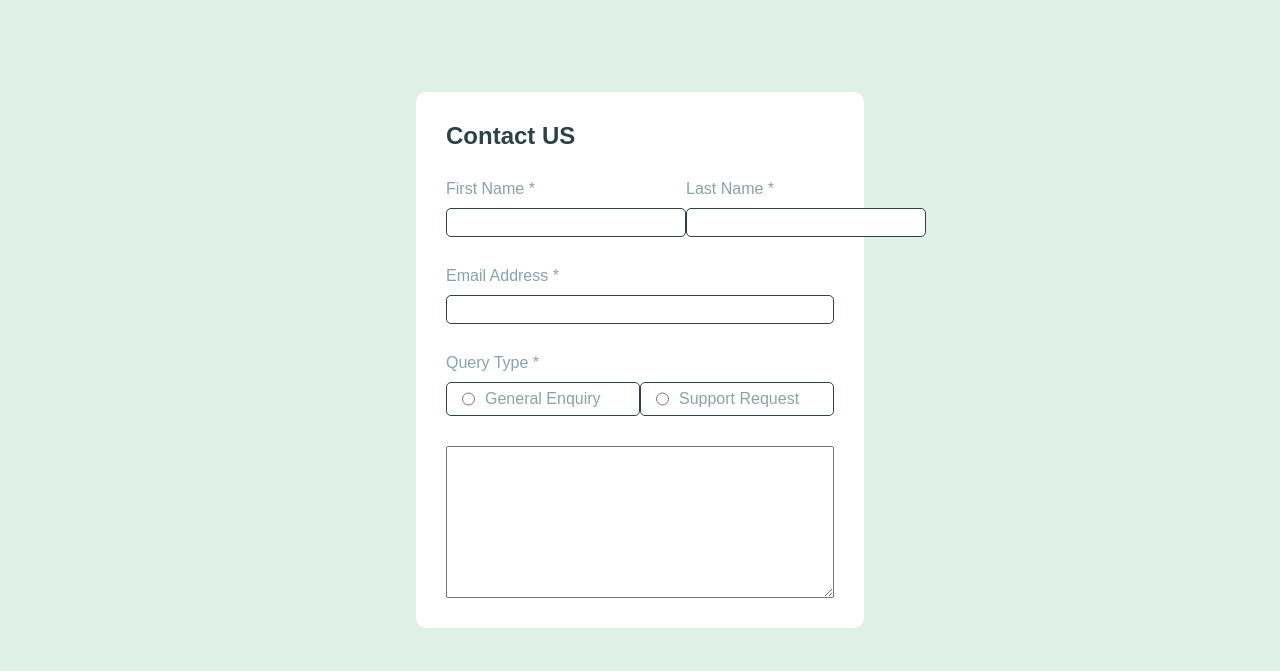
Repository: KamoliddinGIT/contact-form-in-PHP
Page: http://localhost/
These files come from the project's save history. The page is drawn as it stood at one moment and after a run of saves; the edit follows.
The browser window is 1280 px wide. The pictures show the whole page.
The page is run by PHP 8.4 with error messages shown; the project is at /var/www/html/.

Above is the page before, as saved 2024-08-19 10:15:14.

### index.php
<?php
if ($_SERVER["REQUEST_METHOD"] == "POST") {
    $name = htmlspecialchars($_POST['name']);
    $email = htmlspecialchars($_POST['email']);
    $message = htmlspecialchars($_POST['message']);

    // You can add code here to save the data to a database or send it via email
    echo "<script>alert('Thank you, $name. Your message has been received!');</script>";
}
?>

<!doctype html>
<html lang="en">
<head>
    <meta charset="UTF-8">
    <meta name="viewport"
          content="width=device-width, user-scalable=no, initial-scale=1.0, maximum-scale=1.0, minimum-scale=1.0">
    <meta http-equiv="X-UA-Compatible" content="ie=edge">
    <link rel="stylesheet" href="style.css">
    <title>Form in PHP</title>
</head>
<body>

    <div class="container">
        <form>
            <h2>Contact US</h2>
            <div class="personal_details">
                <div class="name">
                    <span>First Name *</span>
                    <input type="text" class="name">
                </div>
                <div class="surname">
                    <span>Last Name *</span>
                    <input type="text" class="surname">
                </div>
            </div>
            <div class="email_address">
                <span>Email Address *</span>
                <input type="email" class="email">
            </div>
            <div class="query">
                <span>Query Type *</span>
               <div class="query_items">
                   <div class="general">
                       <input type="radio" id="general" value="General Enquiry">
                       <label for="general">General Enquiry</label><br>
                   </div>
                   <div class="support">
                       <input type="radio" id="support" value="Support Request">
                       <label for="support">Support Request</label><br>
                   </div>
               </div>
            </div>

            <textarea id  cols="30" rows="10"></textarea>
        </form>
    </div>
</body>
</html>

### style.css
* {
    margin: 0;
    padding: 0;
    box-sizing: border-box;
}

.container {
    width: 100%;
    height: 100vh;
    display: flex;
    justify-content: center;
    align-items: center;
    background: hsl(148, 38%, 91%);
}

form {
    display: flex;
    justify-content: center;
    padding: 30px;
    border-radius: 10px;
    flex-direction: column;
    gap: 30px;
    background: #fff;
    width: 35%;
    min-height: 70%;
    font-family: 'Karla', sans-serif;
    color: hsl(186, 15%, 59%);
}

form h2 {
    color: hsl(187, 24%, 22%);
    font-family: 'Karla', sans-serif;
}

.personal_details {
    display: flex;
    justify-content: space-between;
}

.name {
    display: flex;
    flex-direction: column;
    gap: 10px;
}

.surname {
    display: flex;
    flex-direction: column;
    gap: 10px;
}

.name input {
    width: 240px;
    padding: 6px;
    border-radius: 5px;
    outline: none;
    border: 1px solid hsl(187, 24%, 22%);
}
.surname input {
    width: 240px;
    padding: 6px;
    border-radius: 5px;
    outline: none;
    border: 1px solid hsl(187, 24%, 22%);
}

.email_address {
    display: flex;
    flex-direction: column;
    gap: 10px;
}

.email {
    padding: 6px;
    border-radius: 5px;
    outline: none;
    border: 1px solid hsl(187, 24%, 22%);
}

.query {
    display: flex;
    justify-content: space-between;
    flex-direction: column;
    gap: 10px;
}

.general {
    display: flex;
    border: 1px solid hsl(187, 24%, 22%);
    padding: 7px;
    width: 240px;
    border-radius: 5px;
    gap: 10px;
    padding-left: 15px;
}

.support {
    display: flex;
    border: 1px solid hsl(187, 24%, 22%);
    padding: 7px;
    width: 240px;
    border-radius: 5px;
    gap: 10px;
    padding-left: 15px;
}

.query_items {
    display: flex;
    justify-content: space-between;
}

.message {
    display: flex;
    flex-direction: column;
    gap: 10px;
}

#message {
    border-radius: 5px;
    border: 1px solid hsl(187, 24%, 22%);
    padding-left: 7px;
    padding-top: 7px;
}

.checking {
    display: flex;
    align-items: center;
    gap: 10px;
    font-size: 16px;
}

.submit_btn {
    width: 100%;
    color: white;
    text-decoration: none;
    background: hsl(169, 82%, 27%);
    height: 45px;
    text-align: center;
    display: flex;
    justify-content: center;
    align-items: center;
    border-radius: 5px;
}

After the next 4 saves:
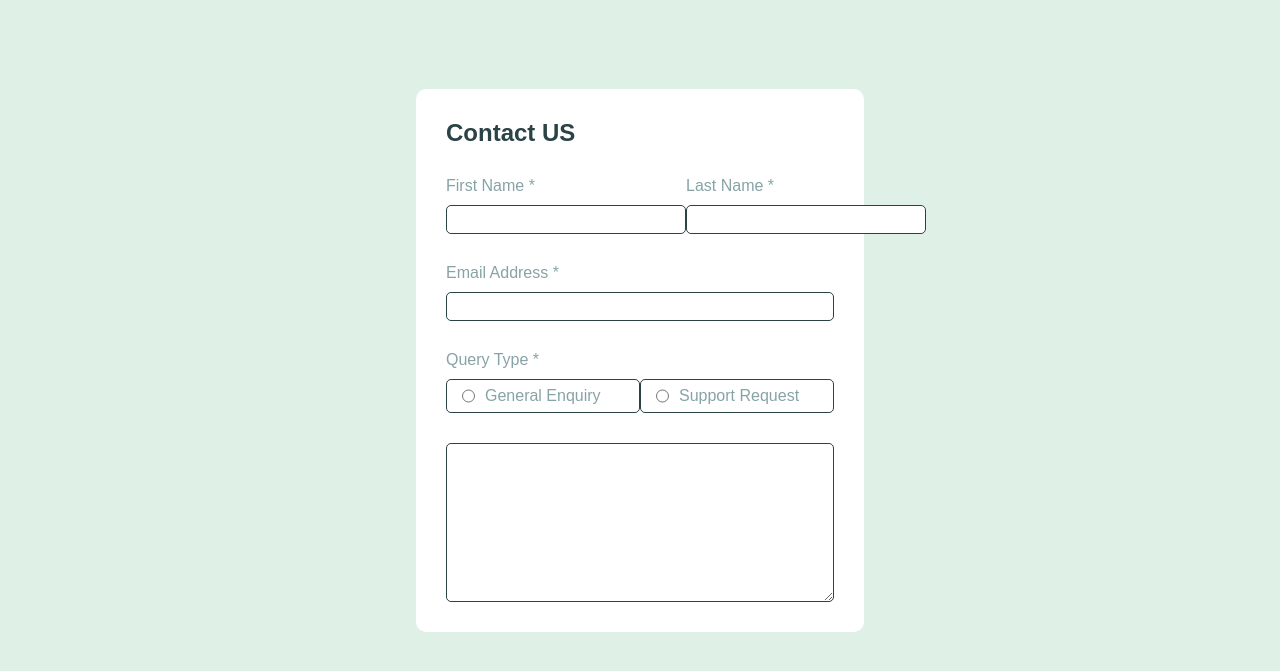
The 4 saves are shown as one change because they came seconds apart.
The last was saved 14 s later.
--- a/index.php
+++ b/index.php
@@ -52,7 +52,7 @@ if ($_SERVER["REQUEST_METHOD"] == "POST") {
                </div>
             </div>
 
-            <textarea id  cols="30" rows="10"></textarea>
+            <textarea id="message" cols="30" rows="10"></textarea>
         </form>
     </div>
 </body>
